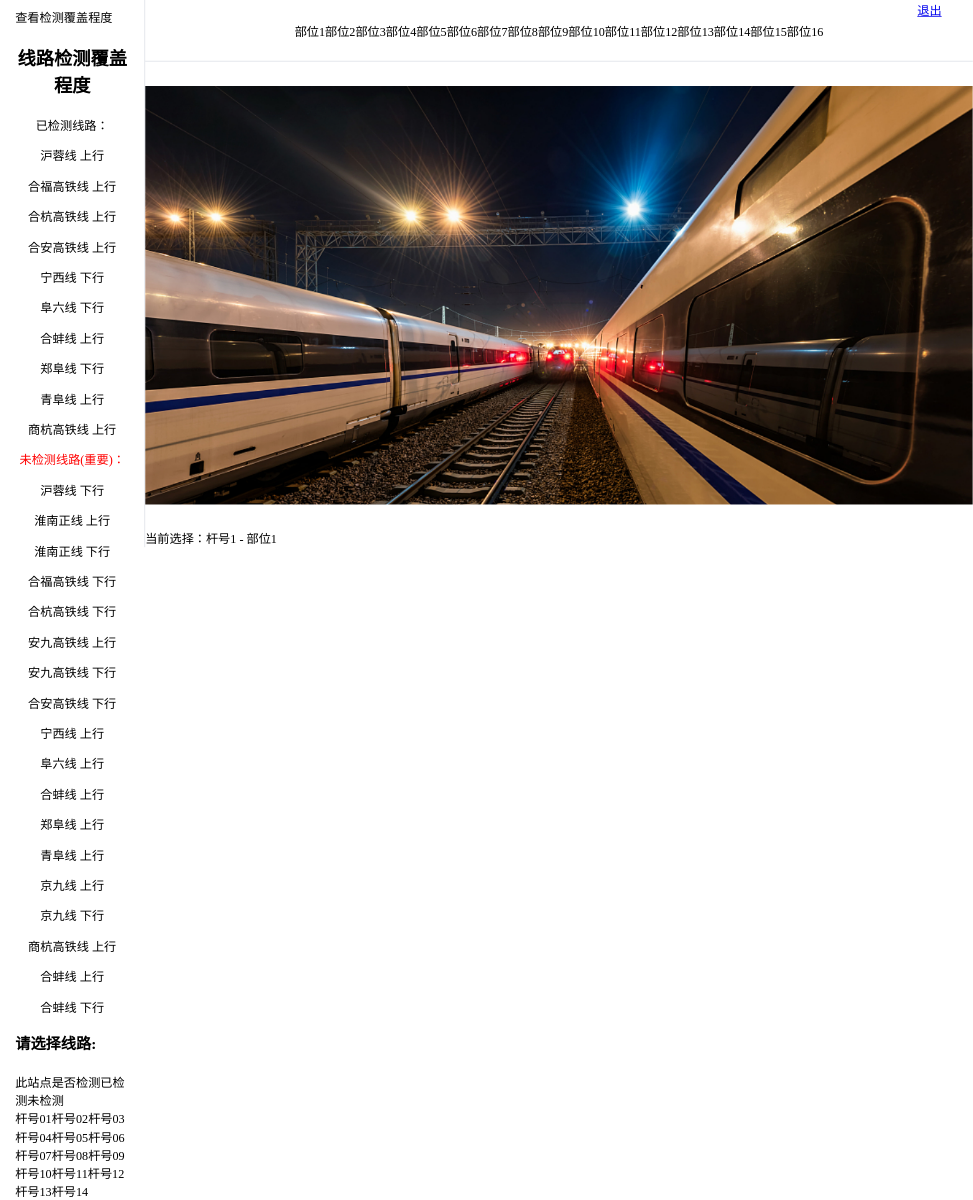
Repository: AweUniver/new_bishe_vue
Page: /#/camera
The author's editor kept a copy of each file at every save. The page is drawn from the files as they stood at one save, then again after the next save.
The browser window is 1280 px wide. The pictures show the whole page, at 76% of full size.
The project was rebuilt for these pictures with package versions that can differ from the ones it lists, and the page was loaded fresh each time. Also part of the build but not shown: vue.config.js. Imported but missing from the stored project, and not drawn on this page: src/elementUI/index.

Above is the page before, as saved 2023-05-18 17:44:35.

After the next save:
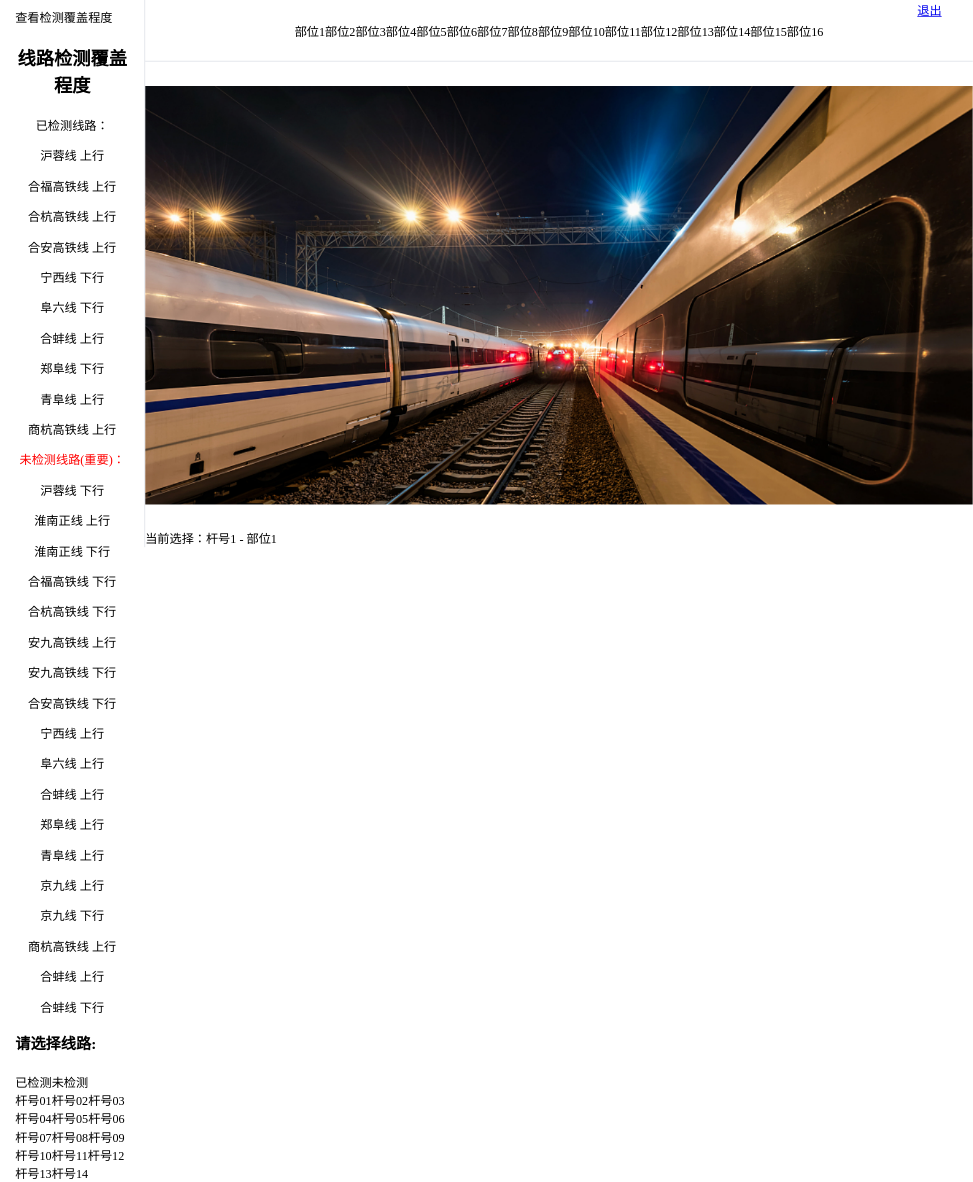
Saved 78 s later.
--- a/src/views/camera/index.vue
+++ b/src/views/camera/index.vue
@@ -62,7 +62,6 @@
         ></el-cascader>
       </div>
       <div class="ischeck">
-        <el-button @click="open">此站点是否检测</el-button>
         <el-radio-group v-model="selectedOption" @change="handleOptionChange">
           <el-radio label="detected">已检测</el-radio>
           <el-radio label="undetected">未检测</el-radio>
